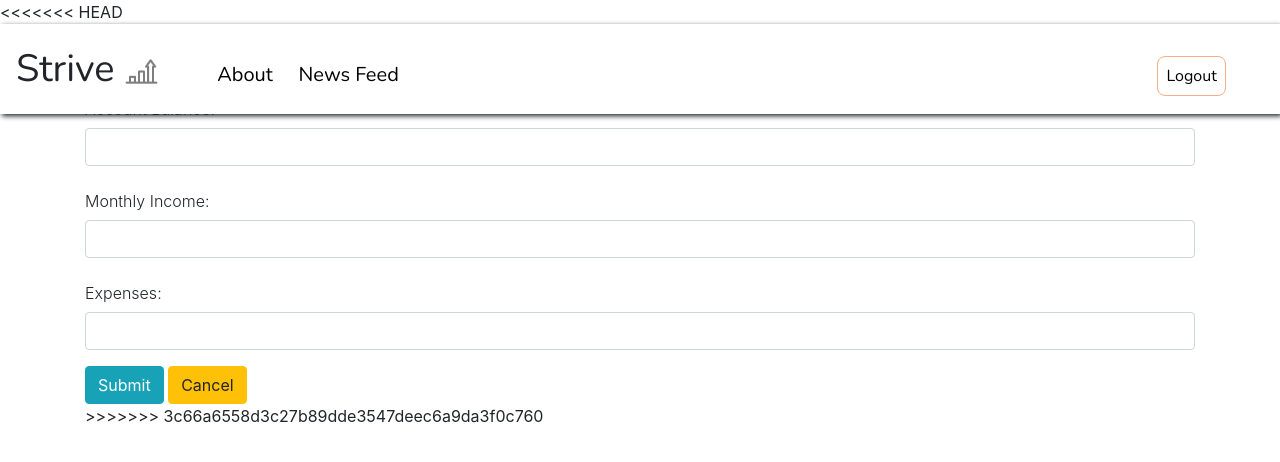
Repository: NoraOK/Strive
Page: http://localhost/strive/WEB-INF/strive/ie.jsp
These files come from the project's save history. The page is drawn as it stood at one moment and after the next save; the edit follows.
The browser window is 1280 px wide. The pictures show the whole page.
The page is served by Tomcat 9. Nobody is signed in. Other server files are loaded and not shown. The template is opened directly, without the code that normally fills it, so the values that code supplies are empty.

Above is the page before, as saved 2019-12-18 16:59:13.

### strive/src/main/webapp/WEB-INF/strive/ie.jsp
<%@ page language="java" contentType="text/html; charset=UTF-8"
	pageEncoding="UTF-8"%>
<%@ taglib prefix="form" uri="http://www.springframework.org/tags/form"%>
<!DOCTYPE html>
<link rel="stylesheet"
	href="https://stackpath.bootstrapcdn.com/bootstrap/4.3.1/css/bootstrap.min.css"
	integrity="sha384-ggOyR0iXCbMQv3Xipma34MD+dH/1fQ784/j6cY/iJTQUOhcWr7x9JvoRxT2MZw1T"
	crossorigin="anonymous">
<html>
<head>
<meta charset="UTF-8">
<title>Insert title here</title>
</head>
<body>
<<<<<<< HEAD
	<div>
		<jsp:include page="header.jsp"/>
	</div>
	<div class="body">
=======
	<div class="container">
		<h3>Update your finances</h3>

		<form:form action="/strive/updateFinances" method="post"
			modelAttribute="user">
			<p>
				<form:label path="currentBalance" class="lead col-form-label">Account Balance: </form:label>
				<form:input path="currentBalance" type="text" class="form-control" />
			</p>

			<p>
				<form:label path="currentIncome" class="lead col-form-label">Monthly Income: </form:label>
				<form:input path="currentIncome" type="text" class="form-control" />
			</p>

			<p>
				<form:label path="currentExpenses" class="lead col-form-label">Expenses: </form:label>
				<form:input path="currentExpenses" type="text" class="form-control" />
			</p>
			<input class="btn btn-info" type="submit" value="Submit" />
			<a class="btn btn-warning" href="/userHome">Cancel</a>
		</form:form>

>>>>>>> 3c66a6558d3c27b89dde3547deec6a9da3f0c760
	</div>
</body>
</html>

### strive/src/main/resources/static/css/header.css
header{
	box-shadow: 2px 2px 5px;
	height: 90px;
	z-index: 10;
    position: fixed;
    width: 100%;
    font-family:'Nunito', sans-serif;
    background-color: white;
}

.logo{
	font-size: 38px;

}
.header_img{
	background-color: white;
	width: 35px;
	opacity: .5;
}

.button{
	font-size: 17px;
	color: black;
}

.link {
	font-size: 20px;
	color: black;
}

a:link {
  text-decoration: none;
}

a:visited {
  text-decoration: none;
}

a:hover {
  text-decoration: none;
}

.logout_button{
	border: solid 1.5px #F9AD86;
	border-radius: 8px;
	padding:  8px;
	color: black;
}

.logout_button:hover {
	background-color: #F9AD86;
	color: white;
}

.buttons{
	margin-left: 60%;
}

.home_button{
	color: black;
}

Loaded but not shown: strive/src/main/webapp/WEB-INF/strive/header.jsp (common file)

After the next save:
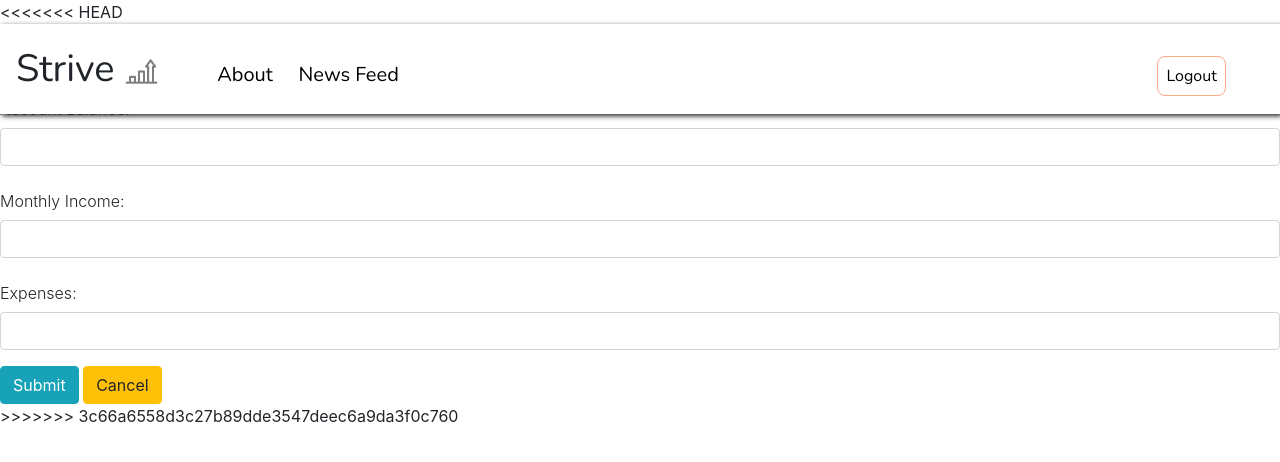
Saved 3 min 18 s later.
--- a/strive/src/main/webapp/WEB-INF/strive/ie.jsp
+++ b/strive/src/main/webapp/WEB-INF/strive/ie.jsp
@@ -18,7 +18,6 @@
 	</div>
 	<div class="body">
 =======
-	<div class="container">
 		<h3>Update your finances</h3>
 
 		<form:form action="/strive/updateFinances" method="post"
